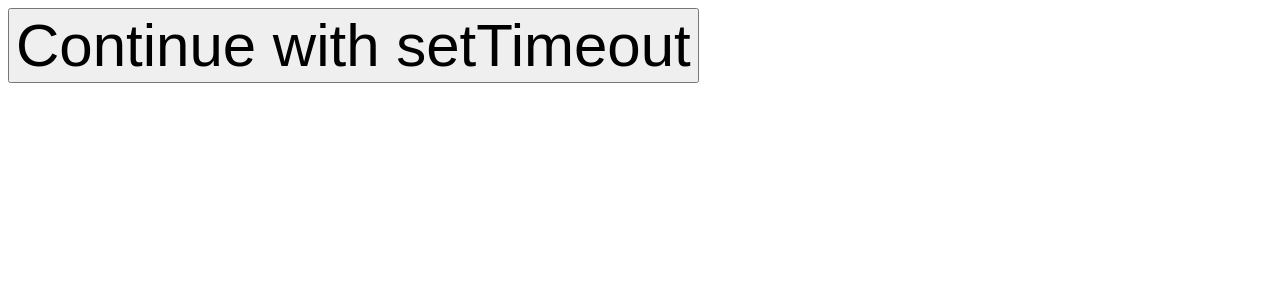
Repository: ggandory/browser101
Page: chater8/queue-task-continue.html
An editor plug-in stored every save of this project. The page is shown before and after the next save, followed by the edit.
The browser window is 1280 px wide. The pictures show the whole page.

Above is the page before, as saved 2024-05-27 20:34:17.

### chater8/queue-task-continue.html
<!DOCTYPE html>
<html lang="en">
  <head>
    <meta charset="UTF-8" />
    <meta name="viewport" content="width=device-width, initial-scale=1.0" />
    <title>Document</title>
    <style>
      button {
        font-size: 60px;
      }

      button:hover {
        background-color: aliceblue;
        cursor: pointer;
      }
    </style>
  </head>
  <body>
    <button>Continue with setTimeout</button>
    <script>
      function handleClick() {
        console.log("handleClick");
        setTimeout(() => {
          console.log("setTimeout");
          handleClick();
        }, 0);
      }
      const button = document.querySelector("button");
      button.addEventListener("click", () => {
        handleClick();
      });
    </script>
  </body>
</html>

After the next save:
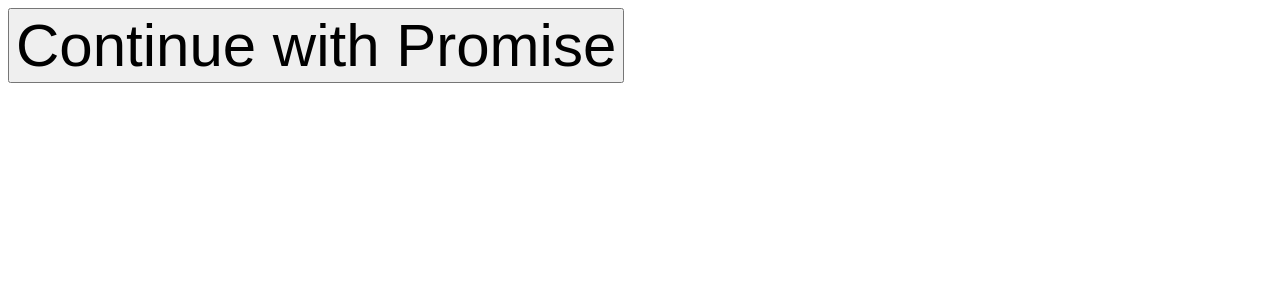
Saved 8 min 26 s later.
--- a/chater8/queue-task-continue.html
+++ b/chater8/queue-task-continue.html
@@ -16,14 +16,18 @@
     </style>
   </head>
   <body>
-    <button>Continue with setTimeout</button>
+    <button>Continue with Promise</button>
     <script>
       function handleClick() {
         console.log("handleClick");
-        setTimeout(() => {
+        Promise.resolve(0).then(() => {
+          console.log("then");
+          handleClick();
+        });
+        /*setTimeout(() => {
           console.log("setTimeout");
           handleClick();
-        }, 0);
+        }, 0*/
       }
       const button = document.querySelector("button");
       button.addEventListener("click", () => {
